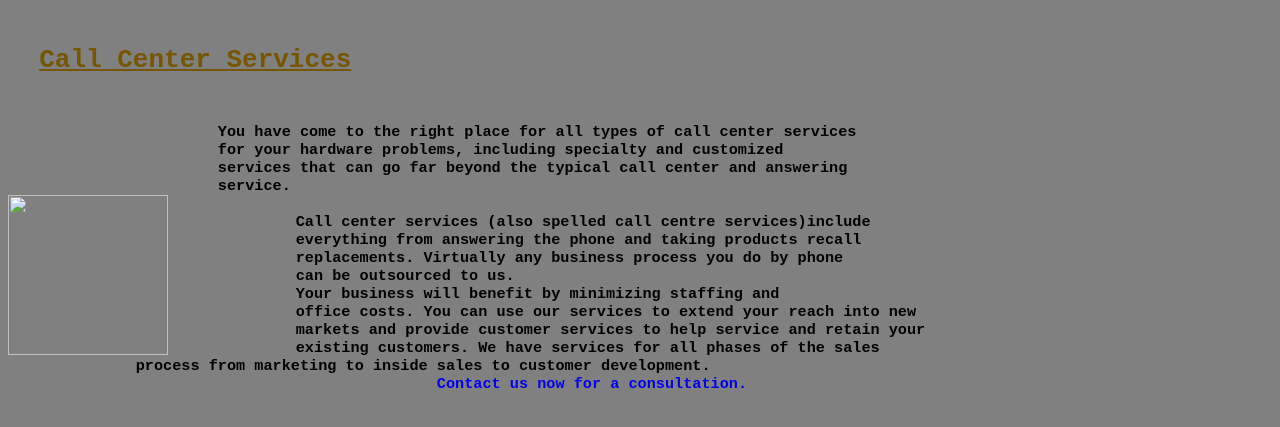
Repository: Ankitr93/CallCenterMgmt
Page: http://localhost/CallCenterManagement/services.jsp
The author's editor kept a copy of each file at every save. The page is drawn from the files as they stood at one save, then again after the next save.
The browser window is 1280 px wide. The pictures show the whole page.
Pictures or frames that could not be fetched are drawn as grey boxes. The page is served by Tomcat 9. Other server files are loaded and not shown.

Above is the page before, as saved 2013-07-07 15:57:15.

### CallCenterManagement/CallCenterManagement1/CallCenterManagement/WebContent/services.jsp
<%@ page language="java" contentType="text/html; charset=ISO-8859-1"
    pageEncoding="ISO-8859-1"%>
<!DOCTYPE html PUBLIC "-//W3C//DTD HTML 4.01 Transitional//EN" "http://www.w3.org/TR/html4/loose.dtd">
<html>
<head>
<meta http-equiv="Content-Type" content="text/html; charset=ISO-8859-1">
<title>Services</title>
</head>

<body bgcolor="grey">
<pre> <h1><font color="#7656">  <u>Call Center Services</u> </font></h1>
</pre>

         <pre><h3><b>                       You have come to the right place for all types of call center services
                       for your hardware problems, including specialty and customized
                       services that can go far beyond the typical call center and answering
                       service.
<a><img src="file:///D:/img3.jpg" height="160"width="160" align="left"></a>
              Call center services (also spelled call centre services)include
              everything from answering the phone and taking products recall
              replacements. Virtually any business process you do by phone
              can be outsourced to us.
              Your business will benefit by minimizing staffing and
              office costs. You can use our services to extend your reach into new
              markets and provide customer services to help service and retain your
              existing customers. We have services for all phases of the sales
              process from marketing to inside sales to customer development.
                                              <font color=" light red"> Contact us now for a consultation.</font></b></h3></pre>



</body>
</html>

After the next save:
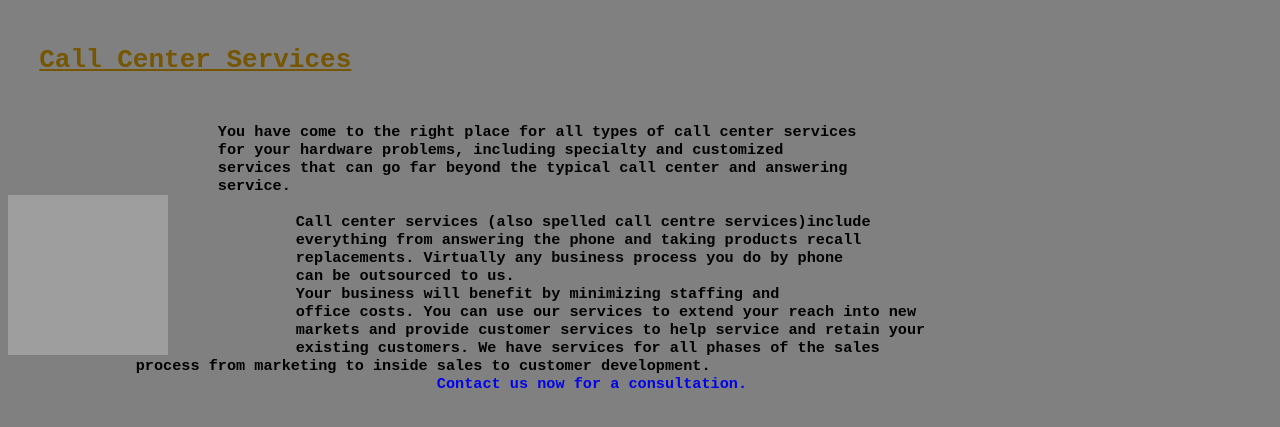
Saved 54 s later.
--- a/CallCenterManagement/CallCenterManagement1/CallCenterManagement/WebContent/services.jsp
+++ b/CallCenterManagement/CallCenterManagement1/CallCenterManagement/WebContent/services.jsp
@@ -15,7 +15,7 @@
                        for your hardware problems, including specialty and customized
                        services that can go far beyond the typical call center and answering
                        service.
-<a><img src="file:///D:/img3.jpg" height="160"width="160" align="left"></a>
+<a><img src="C:\Users\SHAMIK\CallCenterManagement1\1.jpg" height="160"width="160" align="left"></a>
               Call center services (also spelled call centre services)include
               everything from answering the phone and taking products recall
               replacements. Virtually any business process you do by phone
